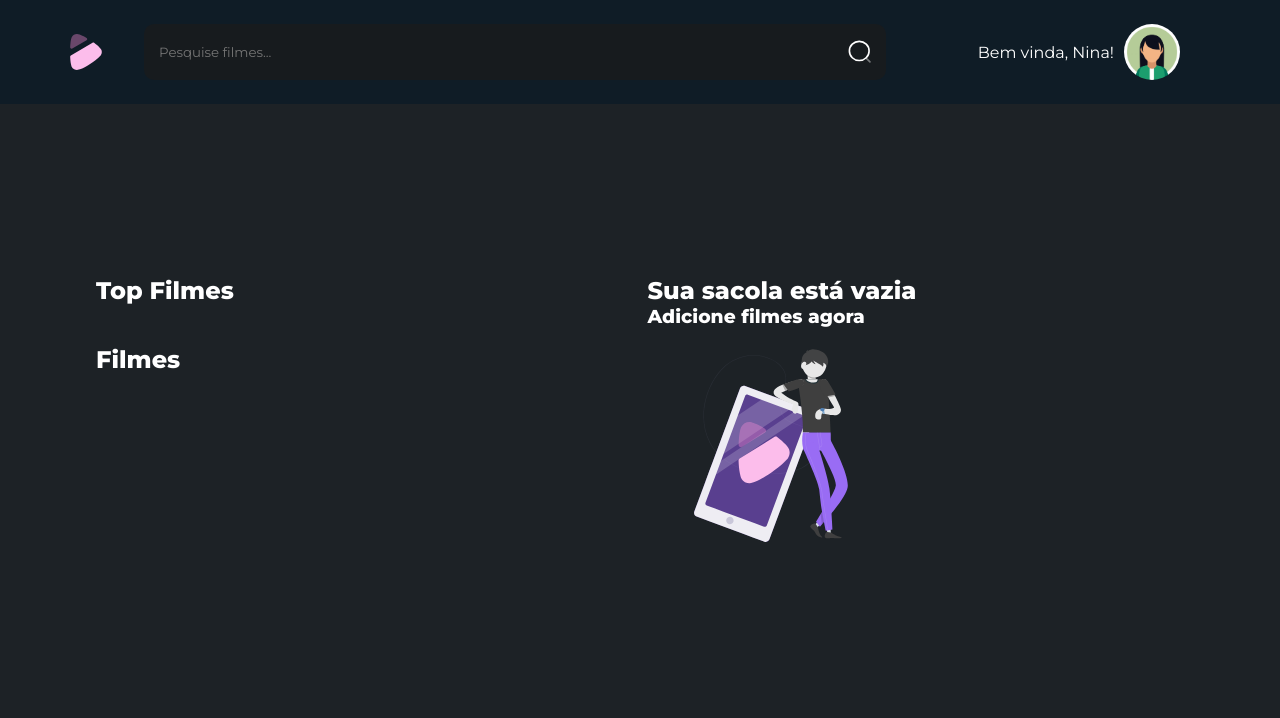
Repository: MilenaMelo/Cubos-Flix
Page: / (app in cubos-flix/)
An editor plug-in stored every save of this project. The page is shown before and after the next save, followed by the edit.
The browser window is 1280 px wide. The pictures show the whole page.
The project was rebuilt for these pictures with package versions that can differ from the ones it lists, and the page was loaded fresh each time. Also part of the build but not shown: cubos-flix/src/components/Bag/style.css.

Above is the page before, as saved 2021-06-19 15:04:48.

### cubos-flix/public/index.html
<!DOCTYPE html>
<html lang="en">
  <head>
    <meta charset="utf-8" />
    <link rel="icon" href="%PUBLIC_URL%/favicon.ico" />
    <meta name="viewport" content="width=device-width, initial-scale=1" />
    <meta name="theme-color" content="#000000" />
    <meta
      name="description"
      content="Web site created using create-react-app"
    />
    <link rel="apple-touch-icon" href="%PUBLIC_URL%/logo192.png" />
    <link rel="manifest" href="%PUBLIC_URL%/manifest.json" />
    <title>Cubos Flix</title>
  </head>
  <body>
    <noscript>You need to enable JavaScript to run this app.</noscript>
    <div id="root"></div>

  </body>
</html>

### cubos-flix/src/App.js
import './App.css';
import Navbar from './components/Navbar';
import Bag from './components/Bag';


function App() {
  return (
    <div className="app">
      <header className="header">
        <Navbar/>
      </header>
      <section className="content">
        <div className="top-movies">
          <h1>Top Filmes</h1>

        </div>
        <div className="all-movies">
          <h1>Filmes</h1>

        </div>

      </section>
      <section className="side-content">
        <Bag/>
      </section>
    </div>
  );
}

export default App;

### cubos-flix/src/App.css
@import url('https://fonts.googleapis.com/css2?family=Montserrat:wght@400;600;800&display=swap');

/* ----------- SCREEN ----------- */
* {
    margin: 0px;
    font-family: 'Montserrat', sans-serif;
    color: #FFFFFF;
}

/* ----------- APPLICATION ----------- */

.app {
    height: 100vh;
    display: grid;
    grid-template-areas: 'header header'
                         'content side-content';
    grid-gap: 24px 50px;
    background-color: #1D2226;
}

.header {
    grid-area: header;
}

.content {
    grid-area: content;
}

.side-content {
    grid-area: side-content;
}

/* ----------- MAIN CONTENT ----------- */

.content {
    padding-left: 96px;
}

.top-movies, .all-movies {
    margin-bottom: 40px;
}

### cubos-flix/src/components/Navbar/index.js
import './style.css'
import logo from '../../assets/images/logo.svg'
import search_icon from '../../assets/images/search-icon.svg'
import profile_img from '../../assets/images/profile.jpg'


function Navbar() {
    return (
        <header className='navbar'>
            <img className='logo' src={logo} alt="logo"/>
            <div className='search-container'>
                <input className='search-input' type="text" name="Pesquisa" placeholder="Pesquise filmes..."/>
                <img className='search-img' src={search_icon} alt="Input de pesquisa"/>
            </div>
            <div className='profile-container'>
                <span>Bem vinda, Nina!</span>
                <img className='profile-img' src={profile_img} alt="Foto de perfil"/>
            </div>
        </header>
    );
}

export default Navbar;

### cubos-flix/src/components/Bag/index.js
import './style.css'
import bag_logo from '../../assets/images/person-illustration.svg'

function Bag() {
    return (
        <div className='bag-container'>
          <header className='bag-header'>

          </header>
          <div className='bag-content'>
            <h1>Sua sacola está vazia</h1>
            <h3>Adicione filmes agora</h3>
            <img src={bag_logo} alt="Ilustração" />
          </div>
        </div>
    );
}

export default Bag;

### cubos-flix/src/components/Navbar/style.css
/* ----------- NAVBAR ----------- */

.navbar {
    display: flex;
    padding: 24px 100px 24px 70px;
    background: #0F1C26;
}

/* ----------- LOGO ----------- */

.logo {
    margin-right: 42px;
}

/* ----------- SEARCH ----------- */

.search-container {
    display: flex;
    flex-grow: 1;
    position: relative;
    margin-right: 92px;
}

.search-input {
    width: 100%;
    outline: 0;
    padding: 16px 14px;
    border-radius: 10px;
    border: 1px solid transparent;
    background: #171B1E;
}

.search-input:hover {
    border: 1px solid #8C8C8C;
}

.search-input:focus {
    border: 1px solid #FDFDFD;
}

.search-img {
    height: 24px;
    cursor: pointer;
    align-self: center;
    position: absolute;
    right: 15px;
}

/* ----------- PROFILE ----------- */

.profile-container {
    display: flex;
    align-items: center;
    gap: 10px;
}

.profile-img {
    height: 56px;
    border-radius: 50%;
}

Loaded but not shown: cubos-flix/src/index.js (common file)

After the next save:
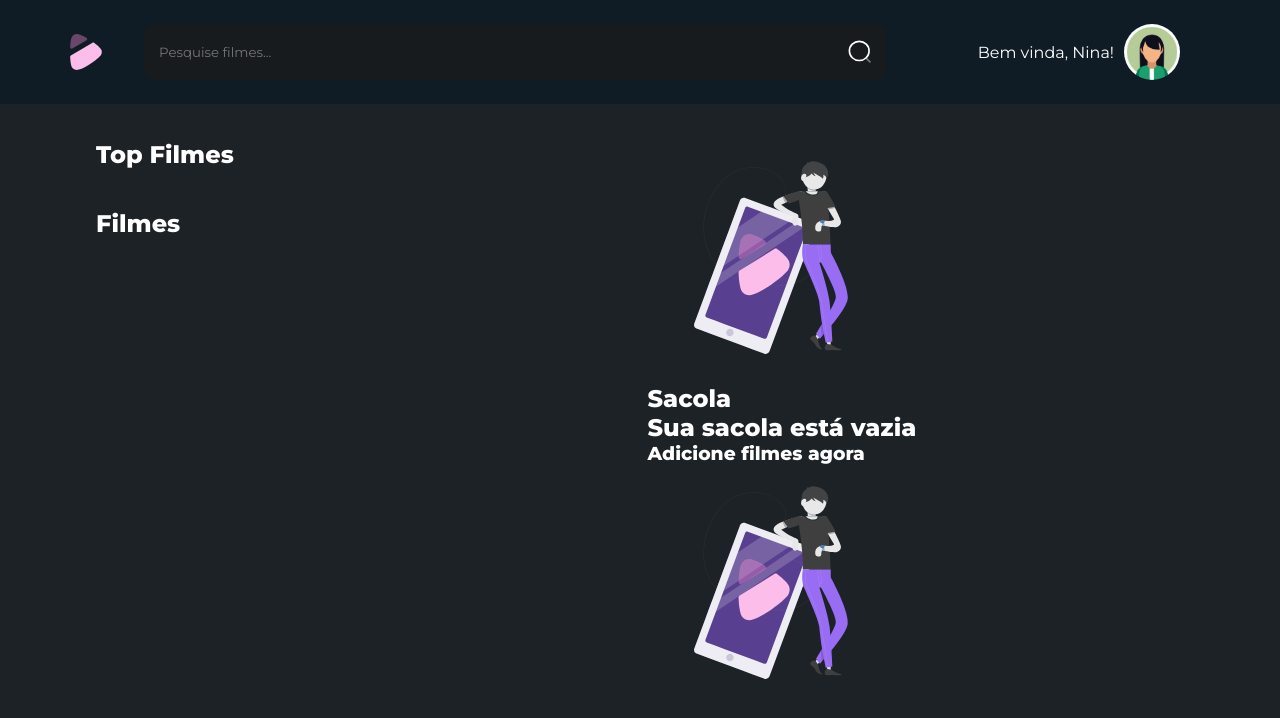
Saved 35 s later.
--- a/cubos-flix/src/components/Bag/index.js
+++ b/cubos-flix/src/components/Bag/index.js
@@ -5,7 +5,8 @@ function Bag() {
     return (
         <div className='bag-container'>
           <header className='bag-header'>
-
+            <img src={bag_logo} alt="Ilustração" />
+            <h1>Sacola</h1>
           </header>
           <div className='bag-content'>
             <h1>Sua sacola está vazia</h1>
